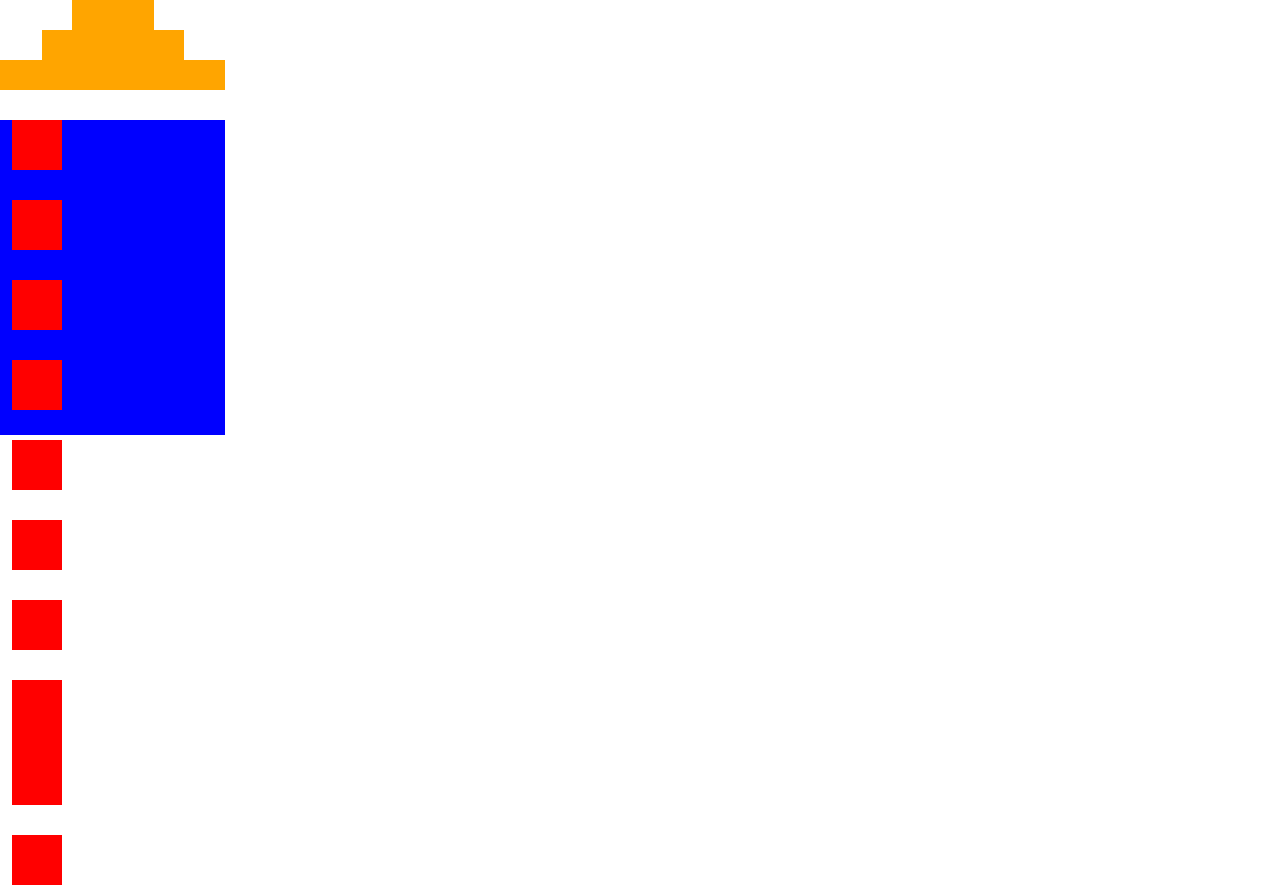
Repository: Luc010/Exercices
Page: HTML CSS/cours/float/float2.html
These files come from the project's save history. The page is drawn as it stood at one moment and after a run of saves; the edit follows.
The browser window is 1280 px wide. The pictures show the whole page.

Above is the page before, as saved 2019-09-05 14:46:52.

After the next 2 saves:
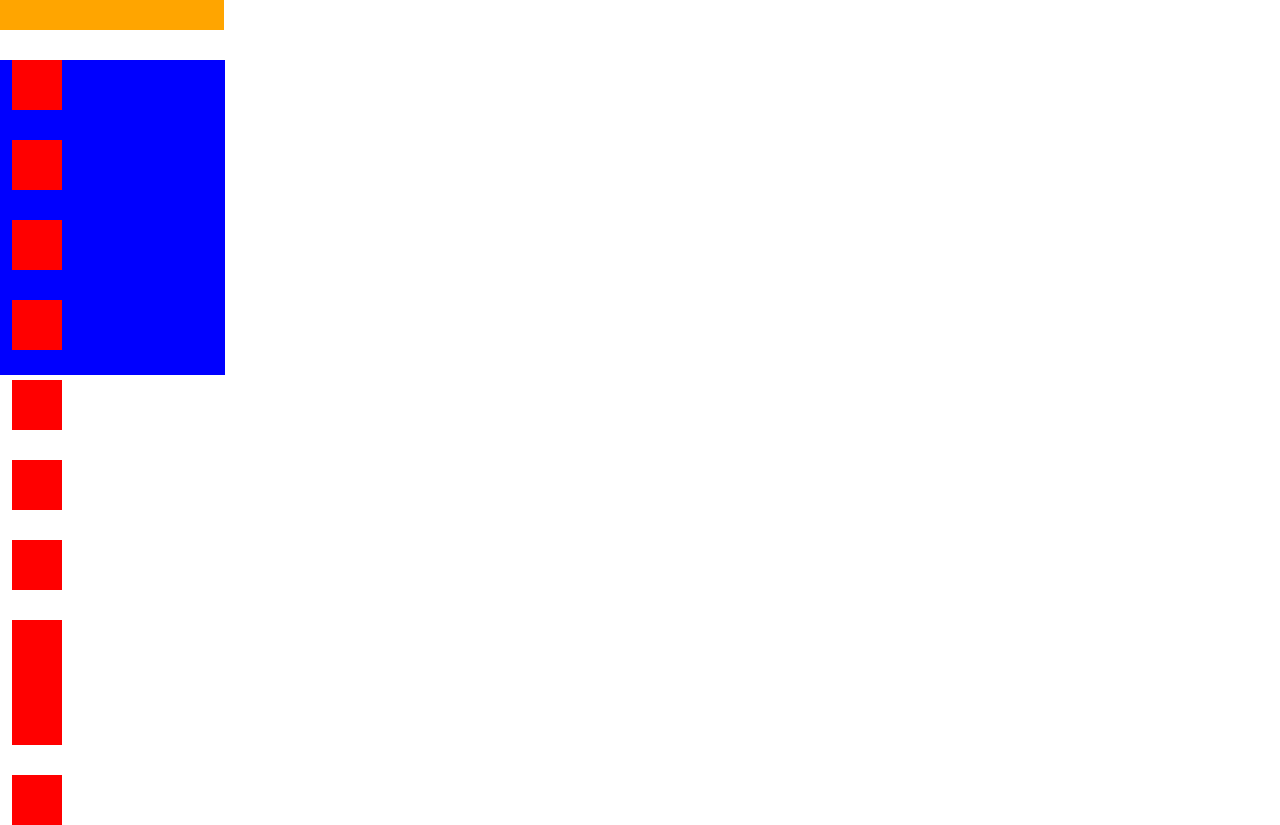
The 2 saves are shown as one change because they came seconds apart.
The last was saved 85 s later.
--- a/HTML CSS/cours/float/float2.html
+++ b/HTML CSS/cours/float/float2.html
@@ -11,6 +11,8 @@
         }
         .toit{
             width: 225px;
+            display: flex;
+            justify-content:space-evenly;
         }
         .blocOrange{
             background-color: orange;
@@ -27,8 +29,6 @@
             height: 50px;
             width: 50px;
             margin: 30px 12px 0;
-            display: flex;
-            justify-content:space-evenly;
         }
     </style>
 </head>

After the save that followed:
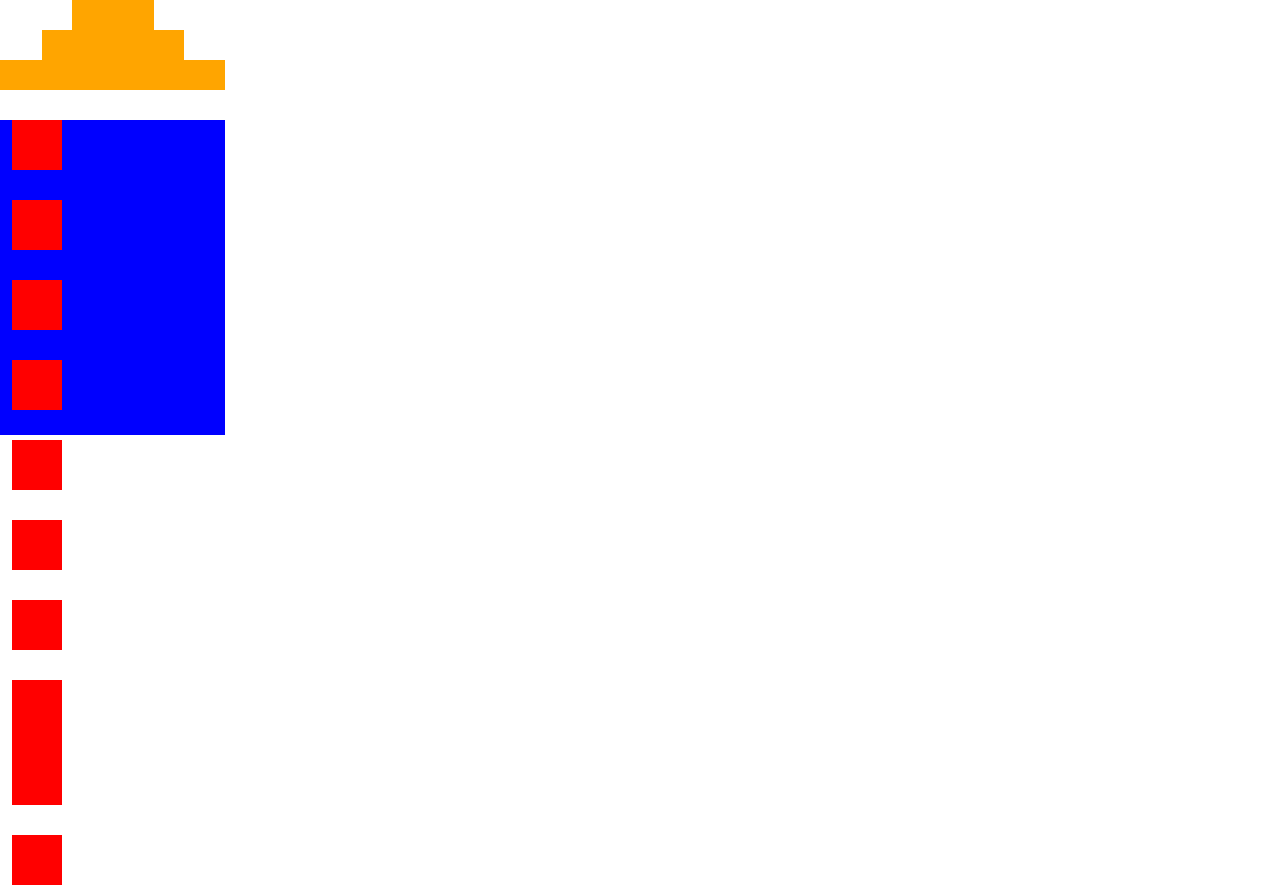
Saved 6 s later.
--- a/HTML CSS/cours/float/float2.html
+++ b/HTML CSS/cours/float/float2.html
@@ -11,8 +11,6 @@
         }
         .toit{
             width: 225px;
-            display: flex;
-            justify-content:space-evenly;
         }
         .blocOrange{
             background-color: orange;
